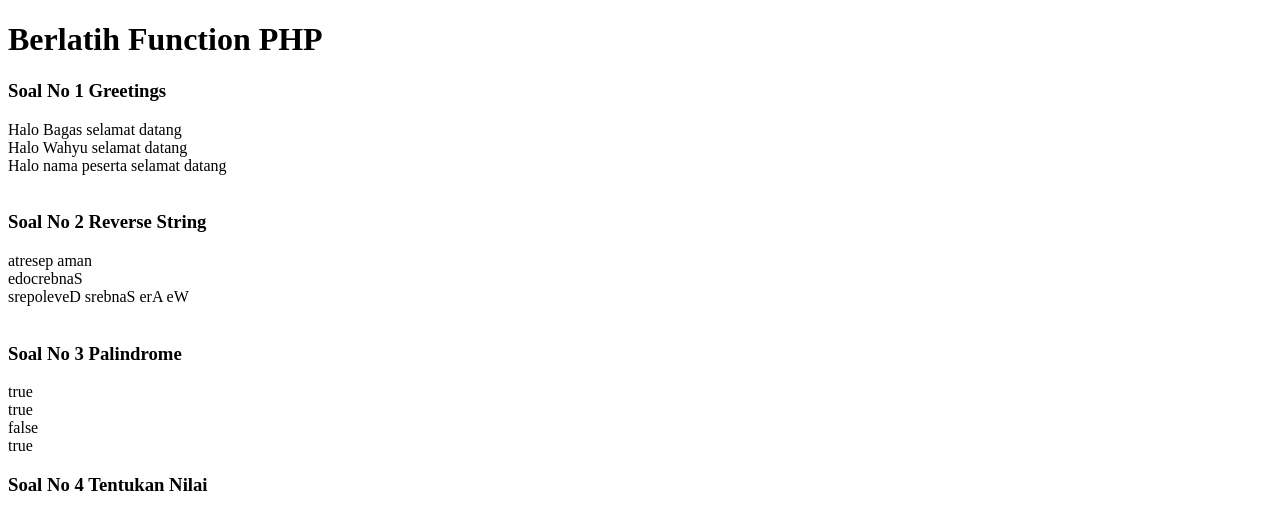
Repository: mfarhannr/IM-Sanbercode-Laravel-Web-Dev
Page: http://localhost/function-conditional.php
The author's editor kept a copy of each file at every save. The page is drawn from the files as they stood at one save, then again after a run of saves.
The browser window is 1280 px wide. The pictures show the whole page.
The page is run by PHP 8.4 with error messages shown; the project is at /var/www/html/.

Above is the page before, as saved 2023-10-06 13:28:43.

### Soal-8-PHP/function-conditional.php
<!DOCTYPE html>
<html lang="en">

<head>
<meta charset="UTF-8">
<meta name="viewport" content="width=device-width, initial-scale=1.0">
<meta http-equiv="X-UA-Compatible" content="ie=edge">
<title>Function</title>
</head>

<body>
<h1>Berlatih Function PHP</h1>
<?php

echo "<h3> Soal No 1 Greetings </h3>";
/*
Soal No 1
Greetings
Buatlah sebuah function greetings() yang menerima satu parameter berupa string.

contoh: greetings("abduh");
Output: "Halo Abduh, Selamat Datang di Sanbercode!"
*/

// Code function di sini
function greetings($nama){
    echo "Halo ". $nama . " selamat datang <br>";
}

// Hapus komentar untuk menjalankan code!
greetings("Bagas");
greetings("Wahyu");
greetings("nama peserta");

echo "<br>";

echo "<h3>Soal No 2 Reverse String</h3>";
/*
Soal No 2
Reverse String
Buatlah sebuah function reverseString() untuk mengubah string berikut menjadi kebalikannya menggunakan function dan looping (for/while/do while).
Function reverseString menerima satu parameter berupa string.
NB: DILARANG menggunakan built-in function PHP sepert strrev(), HANYA gunakan LOOPING!

reverseString("abdul");
Output: ludba

*/

// Code function di sini
function reverse($kata1){
    $panjangKata = strlen($kata1);
    $tampung = "";
    for($i=($panjangKata - 1 ); $i>=0; $i--){
        $tampung .= $kata1[$i];
    }
    return $tampung;
}

function reverseString($kata2){
    $string=reverse($kata2);
    echo  $string . "<br>";
}

// Hapus komentar di bawah ini untuk jalankan Code
reverseString("nama peserta");
reverseString("Sanbercode");
reverseString("We Are Sanbers Developers");
echo "<br>";

echo "<h3>Soal No 3 Palindrome </h3>";
/*
Soal No 3
Palindrome
Buatlah sebuah function yang menerima parameter berupa string yang mengecek apakah string tersebut sebuah palindrome atau bukan.
Palindrome adalah sebuah kata atau kalimat yang jika dibalik akan memberikan kata yang sama contohnya: katak, civic.
Jika string tersebut palindrome maka akan mengembalikan nilai true, sedangkan jika bukan palindrome akan mengembalikan false.
NB:
Contoh:
palindrome("katak") => output : "true"
palindrome("jambu") => output : "false"
NB: DILARANG menggunakan built-in function PHP seperti strrev() dll. Gunakan looping seperti biasa atau gunakan function reverseString dari jawaban no.2!

*/


// Code function di sini
function palindrome($str) {
    $str = strtolower($str); // Mengubah semua huruf kecil
    $len = strlen($str);

    for ($i = 0; $i < $len/2; $i++) {
        if ($str[$i] != $str[$len - $i - 1]) {
            return "false";
        }
    }

    return "true";
}

// Hapus komentar di bawah ini untuk jalankan code
echo palindrome("civic") . "<br>"; // Output: true
echo palindrome("nababan"). "<br>"; // Output: true
echo palindrome("jambaban"). "<br>"; // Output: false
echo palindrome("racecar"). "<br>"; // Output: true

echo "<h3>Soal No 4 Tentukan Nilai </h3>";
/*
Soal 4
buatlah sebuah function bernama tentukan_nilai . Di dalam function tentukan_nilai yang menerima parameter
berupa integer. dengan ketentuan jika paramater integer lebih besar dari sama dengan 85 dan lebih kecil sama dengan 100 maka akan mereturn String “Sangat Baik”
Selain itu jika parameter integer lebih besar sama dengan 70 dan lebih kecil dari 85 maka akan mereturn string “Baik” selain itu jika parameter number lebih besar
sama dengan 60 dan lebih kecil dari 70 maka akan mereturn string “Cukup” selain itu maka akan mereturn string “Kurang”
*/

// Code function di sini
function tentukan_nilai($angka){
    $output = "";
    if($angka>= 85 &&  angka<100){
        $output .= "Sangat baik";
    }
}
// Hapus komentar di bawah ini untuk jalankan code
// echo tentukan_nilai(98); //Sangat Baik
// echo tentukan_nilai(76); //Baik
// echo tentukan_nilai(67); //Cukup
// echo tentukan_nilai(43); //Kurang


?>

</body>

</html>

After the next 2 saves:
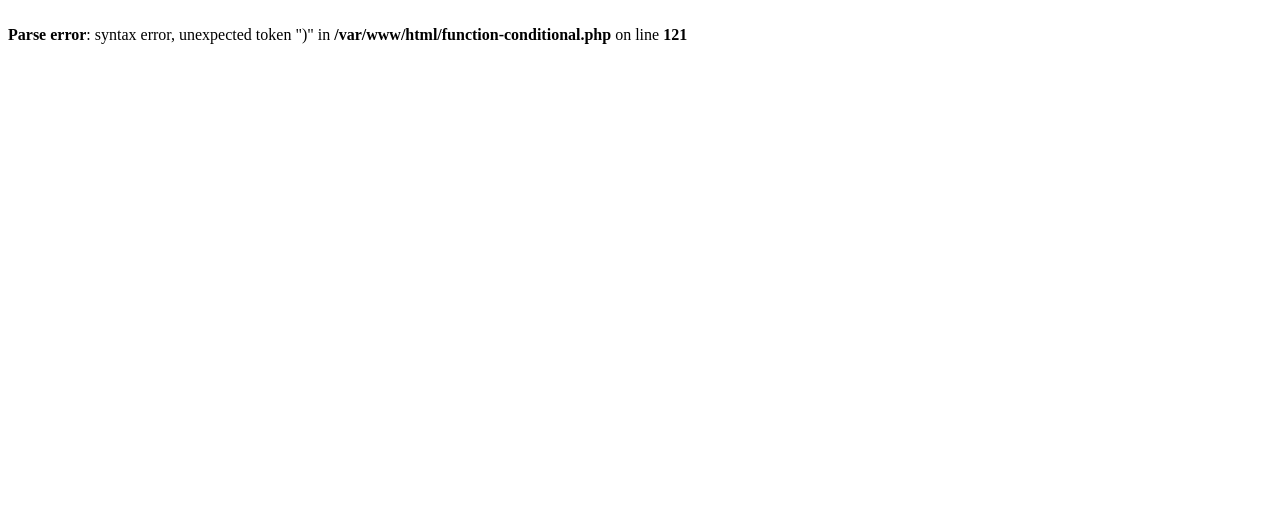
The 2 saves are shown as one change because they came seconds apart.
The last was saved 14 s later.
--- a/Soal-8-PHP/function-conditional.php
+++ b/Soal-8-PHP/function-conditional.php
@@ -118,7 +118,7 @@
     $output = "";
     if($angka>= 85 &&  angka<100){
         $output .= "Sangat baik";
-    }
+    }else if()
 }
 // Hapus komentar di bawah ini untuk jalankan code
 // echo tentukan_nilai(98); //Sangat Baik
